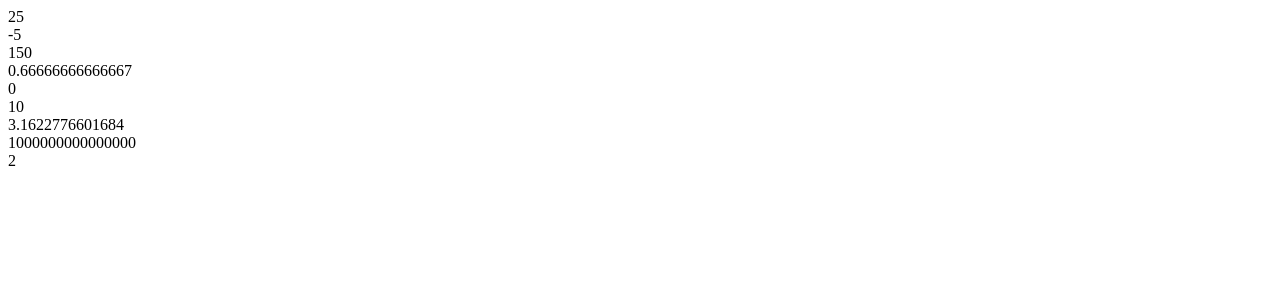
Repository: motiejus1/02-paskaita-PHP-05.31
Page: http://localhost/
The author's editor kept a copy of each file at every save. The page is drawn from the files as they stood at one save, then again after the next save.
The browser window is 1280 px wide. The pictures show the whole page.
The page is run by PHP 8.4 with error messages shown; the project is at /var/www/html/.

Above is the page before, as saved 2021-07-23 18:25:30.

After the next save:
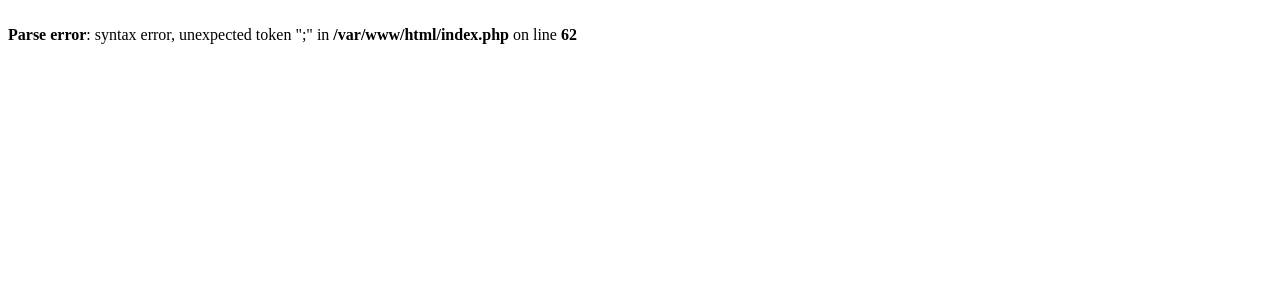
Saved 4 s later.
--- a/index.php
+++ b/index.php
@@ -57,7 +57,7 @@
     echo "<br>";
     echo $ntojisaknis;
 
-
+    $veiksmas =
 
     ?>
 </body>

After the 2 saves that followed:
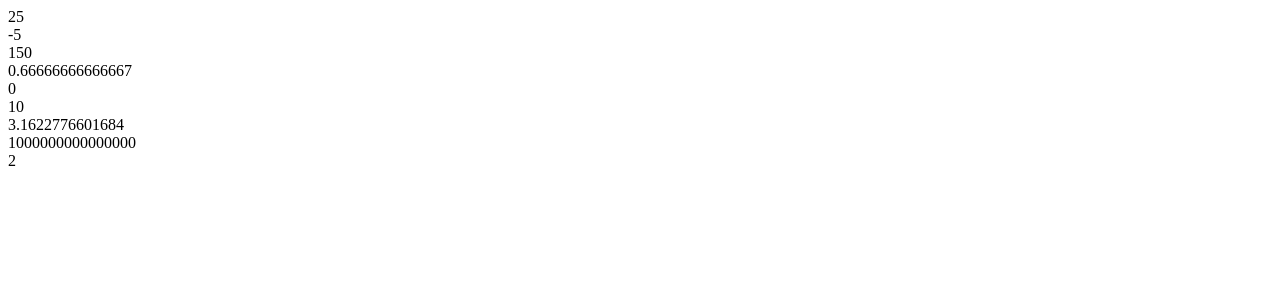
The 2 saves are shown as one change because they came seconds apart.
The last was saved 8 s later.
--- a/index.php
+++ b/index.php
@@ -57,7 +57,7 @@
     echo "<br>";
     echo $ntojisaknis;
 
-    $veiksmas =
+    $veiksmas = 2 * 2 + 2;
 
     ?>
 </body>
